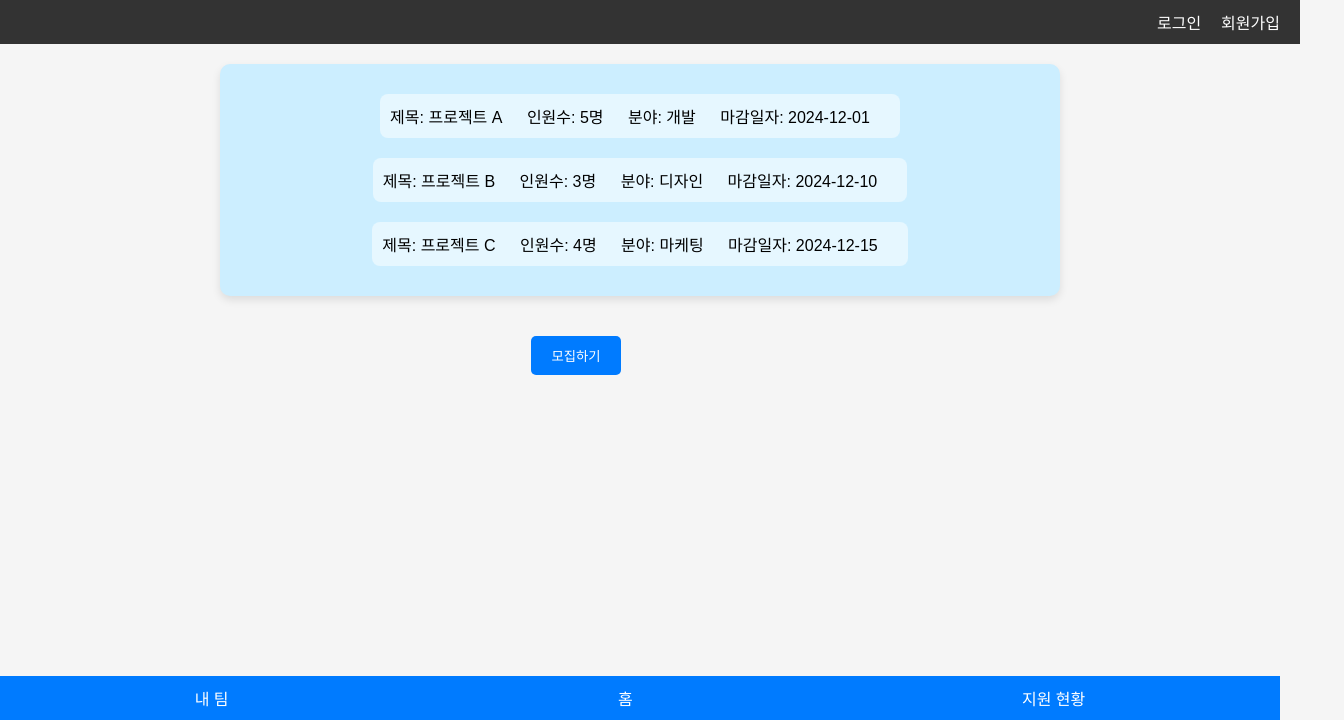
Repository: TUK-WEBSERIVCE/tuk-team-gem
Page: tuk-team-gem/src/main/webapp/main/mainPage.html
These files come from the project's save history. The page is drawn as it stood at one moment and after the next save; the edit follows.
The browser window is 1280 px wide. The page is 1300 px wide, then 1344 px, so the pictures cover 1344 px, including what lies to the right of the window. The pictures show the whole page.

Above is the page before, as saved 2024-11-13 12:14:29.

### tuk-team-gem/src/main/webapp/main/mainPage.html
<!DOCTYPE html>
<html lang="ko">
<head>
    <meta charset="UTF-8">
    <meta name="viewport" content="width=device-width, initial-scale=1.0">
    <title>메인 페이지</title>
    <style>
        body {
            font-family: Arial, sans-serif;
            margin: 0;
            padding: 0;
            display: flex;
            flex-direction: column;
            align-items: center;
            background-color: #f5f5f5;
        }
        header {
            width: 100%;
            display: flex;
            justify-content: flex-end;
            padding: 10px 20px;
            background-color: #333;
            color: white;
        }
        header a {
            color: white;
            margin-left: 20px;
            text-decoration: none;
        }
        .container {
            background-color: #cceeff;
            width: 80%;
            max-width: 800px;
            margin: 20px auto;
            padding: 20px;
            border-radius: 10px;
            box-shadow: 0 4px 8px rgba(0, 0, 0, 0.1);
        }
        .list-item {
            background-color: #e6f7ff;
            padding: 10px;
            margin: 10px 0;
            border-radius: 8px;
            text-align: center;
        }
        .list-item span {
            display: inline-block;
            margin-right: 20px;
        }
        .list-container {
            display: flex;
            flex-direction: column;
            align-items: center;
        }
        /* 모집하기 버튼을 프레임 밖으로 배치 */
        .button-container {
            text-align: right;
            margin: 20px 0;
            margin-right: 10%;
        }
        .button-container button {
        	text-align: right;
            padding: 10px 20px;
            background-color: #007bff;
            color: white;
            border: none;
            border-radius: 5px;
            cursor: pointer;
        }
        .button-container button:hover {
            background-color: #0056b3;
        }
        nav {
            width: 100%;
            background-color: #007bff;
            padding: 10px 0;
            position: fixed;
            bottom: 0;
        }
        nav ul {
            list-style-type: none;
            display: flex;
            justify-content: space-around;
            margin: 0;
            padding: 0;
        }
        nav ul li a {
            color: white;
            text-decoration: none;
        }
    </style>
</head>
<body>
    <!-- 우상단 로그인 및 회원가입 -->
    <header>
        <a href="#">로그인</a>
        <a href="#">회원가입</a>
    </header>

    <!-- 중앙 리스트 -->
    <div class="container">
        <div class="list-container">
            <!-- DB에서 불러온 데이터 목록 (샘플 데이터) -->
            <div class="list-item">
                <span>제목: 프로젝트 A</span>
                <span>인원수: 5명</span>
                <span>분야: 개발</span>
                <span>마감일자: 2024-12-01</span>
            </div>
            <div class="list-item">
                <span>제목: 프로젝트 B</span>
                <span>인원수: 3명</span>
                <span>분야: 디자인</span>
                <span>마감일자: 2024-12-10</span>
            </div>
            <div class="list-item">
                <span>제목: 프로젝트 C</span>
                <span>인원수: 4명</span>
                <span>분야: 마케팅</span>
                <span>마감일자: 2024-12-15</span>
            </div>
        </div>
    </div>

    <!-- 모집하기 버튼을 프레임 밖으로 이동 -->
    <div class="button-container">
        <button>모집하기</button>
    </div>

    <!-- 하단 네비게이션 바 -->
    <nav>
        <ul>
            <li><a href="#">내 팀</a></li>
            <li><a href="#">홈</a></li>
            <li><a href="#">지원 현황</a></li>
        </ul>
    </nav>
</body>
</html>

After the next save:
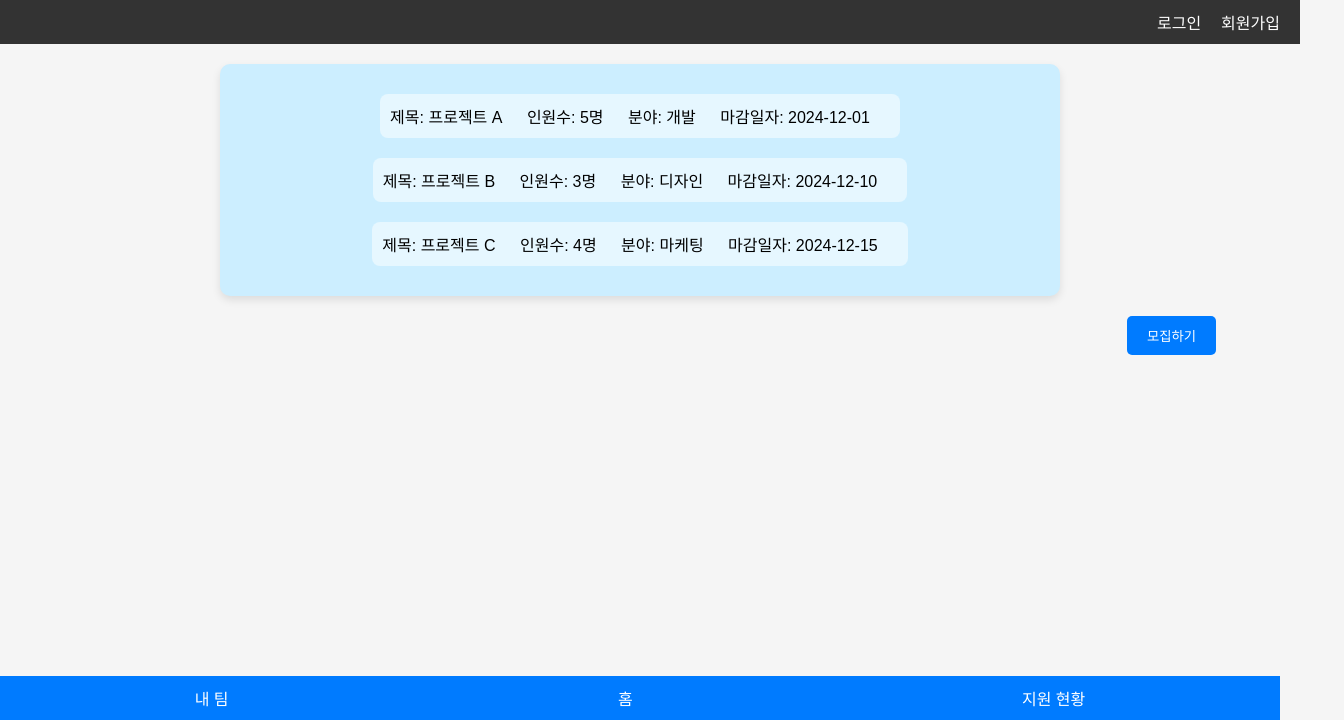
Saved 76 s later.
--- a/tuk-team-gem/src/main/webapp/main/mainPage.html
+++ b/tuk-team-gem/src/main/webapp/main/mainPage.html
@@ -54,9 +54,11 @@
         }
         /* 모집하기 버튼을 프레임 밖으로 배치 */
         .button-container {
-            text-align: right;
-            margin: 20px 0;
-            margin-right: 10%;
+			width: 100%; /* 화면 전체 너비 사용 */
+    		display: flex;
+    		justify-content: flex-end; /* 오른쪽으로 정렬 */
+		    margin-bottom: 20px;
+		    padding-right: 10%; /* 오른쪽 여백 */
         }
         .button-container button {
         	text-align: right;
